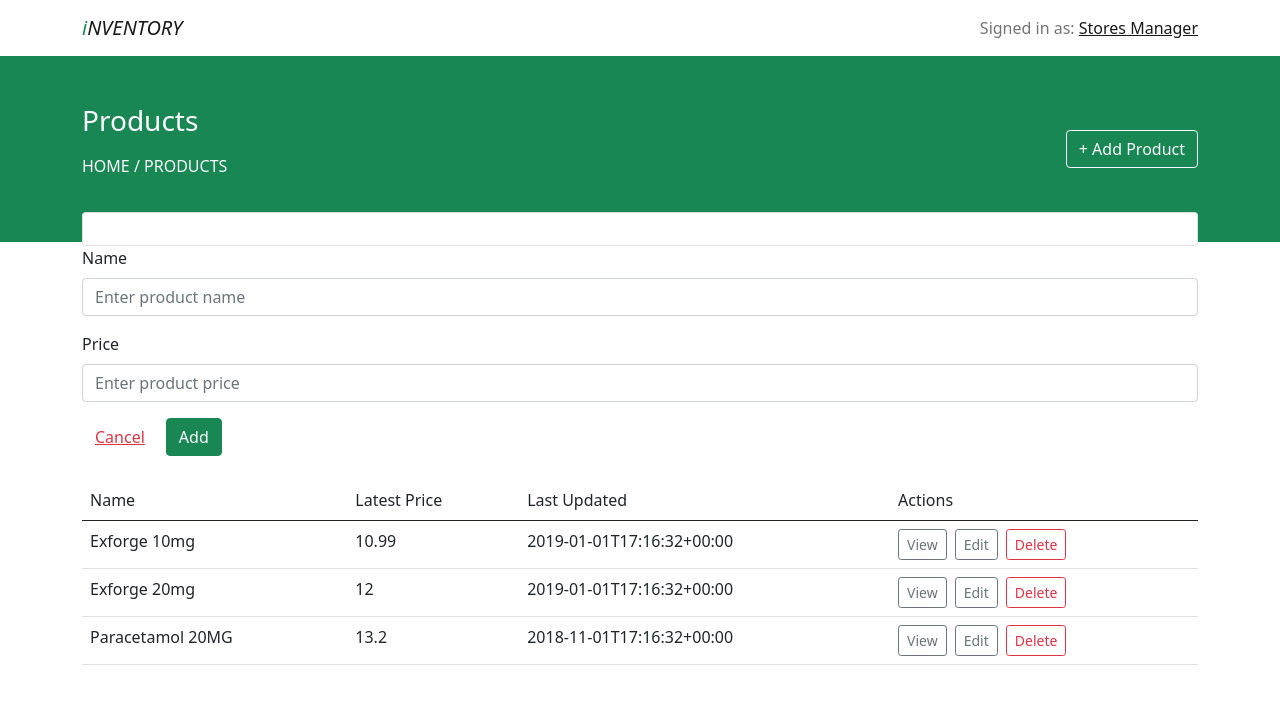
Repository: tHEO2k17/inventory-manager
Page: /
These files come from the project's save history. The page is drawn as it stood at one moment and after the next save; the edit follows.
The browser window is 1280 px wide. The pictures show the whole page.
The project was rebuilt for these pictures with package versions that can differ from the ones it lists, and the page was loaded fresh each time.

Above is the page before, as saved 2021-08-31 09:26:53.

### src/index.tsx
import React from 'react';
import ReactDOM from 'react-dom';
import './index.scss';
import App from './presentation/App';

ReactDOM.render(
  <React.StrictMode>
    <App />
  </React.StrictMode>,
  document.getElementById('root')
);

### src/index.scss
@import '~bootstrap/scss/bootstrap.scss';

.mover{
    margin-top: -30px;
}

### src/presentation/App.tsx
import ProductsPage from './pages/ProductsPage';

export default function App() {
  return ( <ProductsPage/> );
}

### src/presentation/pages/ProductsPage.tsx
import { Component } from "react"
import { Card, Container, Table } from "react-bootstrap";
import { mock } from "../../core/mock";
import Banner from "../components/Banner";
import Product from "../components/Product";
import ProductForm from "../components/ProductForm";
import TopBar from "../components/TopBar";

export default class ProductsPage extends Component {
    // constructor(props: any) {
    //     super(props);
    // }

    render() {
        return (
            <>
            <TopBar/>
            <Banner/>
            <Container>
                <Card className="mover">
                    <Card.Body>

                    </Card.Body>
                </Card>
                <ProductForm/>
                <br/>
                <Table>
                    <thead>
                        <tr>
                            <td>Name</td>
                            <td>Latest Price</td>
                            <td>Last Updated</td>
                            <td>Actions</td>
                        </tr>
                    </thead>
                    <tbody>
                        {
                            mock.products.map(product => <Product key={product.id} product={product} />)
                        }
                    </tbody>
                </Table>
            </Container>
            </>
        );
    }
}

### src/core/mock.ts
export const mock = {
    "products": [
        {
            "id": 1,
            "name": "Exforge 10mg",
            "prices": [
                {
                    "id": 1,
                    "price": 10.99,
                    "date": "2019-01-01T17:16:32+00:00"
                },
                {
                    "id": 2,
                    "price": 9.20,
                    "date": "2018-11-01T17:16:32+00:00"
                }
            ]
        },
        {
            "id": 2,
            "name": "Exforge 20mg",
            "prices": [
                {
                    "id": 3,
                    "price": 12.00,
                    "date": "2019-01-01T17:16:32+00:00"
                },
                {
                    "id": 4,
                    "price": 13.20,
                    "date": "2018-11-01T17:16:32+00:00"
                }
            ]
        },
        {
            "id": 3,
            "name": "Paracetamol 20MG",
            "prices": [
                {
                    "id": 5,
                    "price": 5.00,
                    "date": "2017-01-01T17:16:32+00:00"
                },
                {
                    "id": 6,
                    "price": 13.20,
                    "date": "2018-11-01T17:16:32+00:00"
                }
            ]
        }
    ]
};

### src/presentation/components/Banner.tsx
import { Button, Col, Container, Row } from "react-bootstrap";

const Banner = () => {
    return (
        <section className="bg-success">
            <Container className="py-5 text-white">
                <Row className="align-items-center">
                    <Col>
                        <h3>Products</h3>
                        <p className="text-light mt-3 fw-light fs-6">HOME / PRODUCTS</p>
                    </Col>
                    <Col>
                        <Button variant="outline-light" className="float-end">+ Add Product</Button>
                    </Col>
                </Row>
            </Container>
        </section>
    );
}

export default Banner;

### src/presentation/components/Product.tsx
import { Button } from "react-bootstrap"
import moment from 'moment';

const Product = ({ product }: ProductProps) => {

    const findLatestPriceInfo = (prices: any[]): any => {
        return prices.reduce(
            (acc: any, value: any) =>
                moment(acc.date).isAfter(value.date)
                    ? acc
                    : value
        );
    }

    return (
        <tr>
            <td>{product.name}</td>
            <td>{findLatestPriceInfo(product.prices).price}</td>
            <td>{findLatestPriceInfo(product.prices).date}</td>
            <td>
                <Button size="sm" variant="outline-secondary">View</Button>
                <Button size="sm" variant="outline-secondary" className="mx-2">Edit</Button>
                <Button size="sm" variant="outline-danger">Delete</Button>
            </td>
        </tr>
    );

}

export default Product;

type ProductProps = {
    key: any,
    product: any
}

### src/presentation/components/ProductForm.tsx
import { Component } from "react";
import { Button, Form } from "react-bootstrap";

export default class ProductForm extends Component {
    // constructor(props: any) {
    //     super(props);
    // }

    render() {
        return (
            <Form>
                <Form.Group className="mb-3">
                    <Form.Label>Name</Form.Label>
                    <Form.Control type="text" placeholder="Enter product name" />
                </Form.Group>

                <Form.Group className="mb-3">
                    <Form.Label>Price</Form.Label>
                    <Form.Control type="text" placeholder="Enter product price" />
                </Form.Group>

                <Form.Group>
                    <Button variant="link" className="me-2 text-danger">Cancel</Button>
                    <Button variant="success">Add</Button>
                </Form.Group>

            </Form>
        );
    }
}

### src/presentation/components/TopBar.tsx
import { Container, Navbar } from "react-bootstrap";

const TopBar = () => {
    return (
        <Navbar>
            <Container>
                <Navbar.Brand href="#home" className="fst-italic"><span className="text-success">i</span>NVENTORY</Navbar.Brand>
                <Navbar.Toggle />
                <Navbar.Collapse className="justify-content-end">
                    <Navbar.Text>
                        Signed in as: <a href="#login">Stores Manager</a>
                    </Navbar.Text>
                </Navbar.Collapse>
            </Container>
        </Navbar>
    );
}

export default TopBar;

Loaded but not shown: public/index.html (common file)

After the next save:
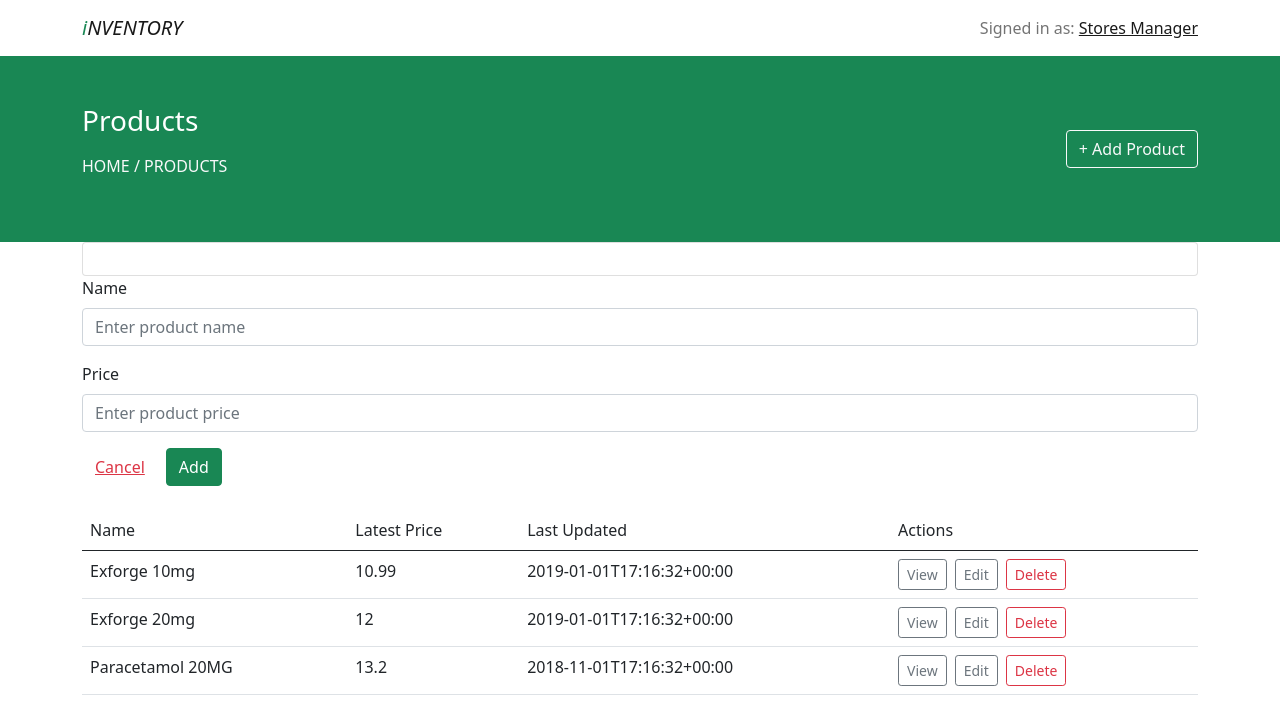
Saved 20 s later.
--- a/src/index.scss
+++ b/src/index.scss
@@ -1,5 +1,5 @@
 @import '~bootstrap/scss/bootstrap.scss';
 
-.mover{
+.mtn-30{
     margin-top: -30px;
 }

After the save that followed:
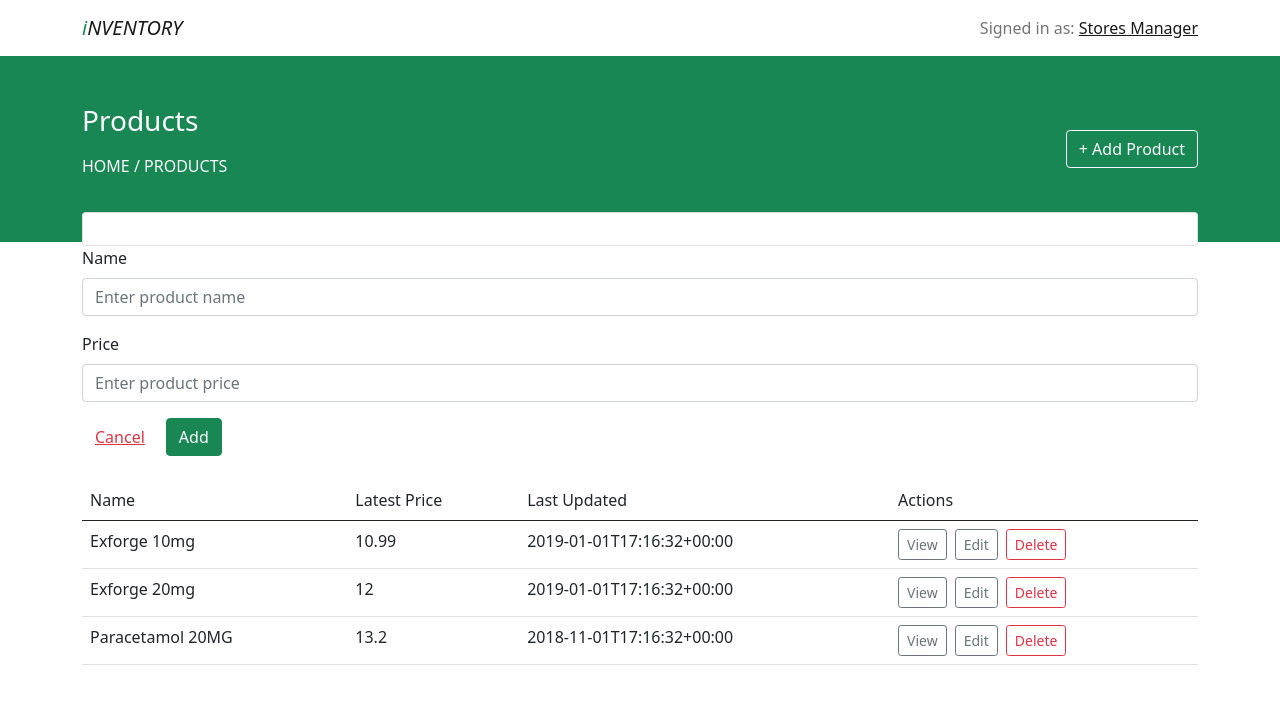
Saved 3 s later.
--- a/src/presentation/pages/ProductsPage.tsx
+++ b/src/presentation/pages/ProductsPage.tsx
@@ -17,7 +17,7 @@ export default class ProductsPage extends Component {
             <TopBar/>
             <Banner/>
             <Container>
-                <Card className="mover">
+                <Card className="mtn-30">
                     <Card.Body>
 
                     </Card.Body>
